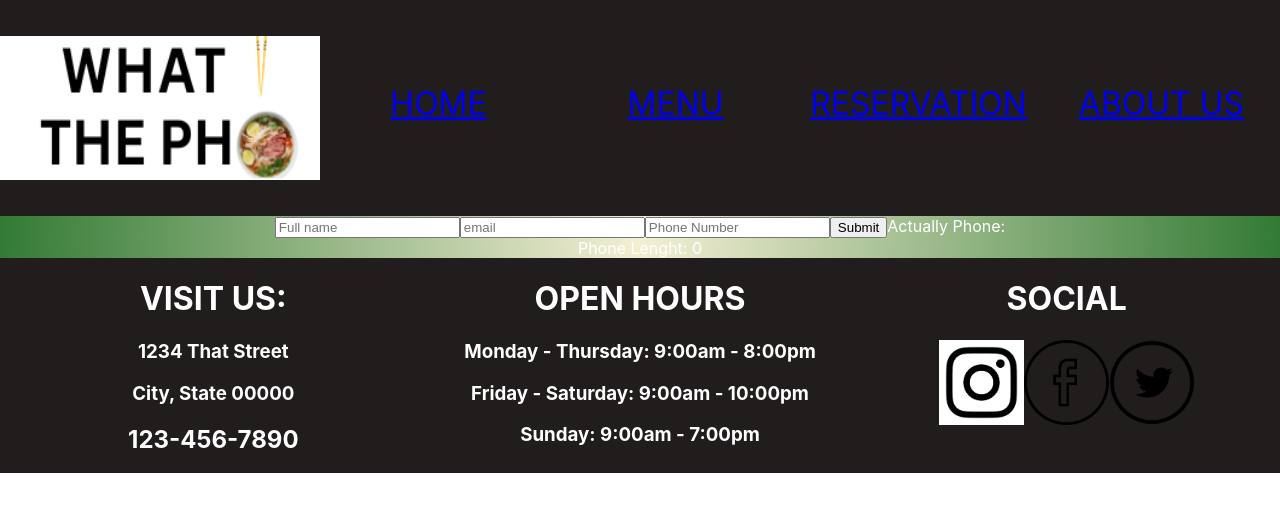
Repository: NguyenkhDang/Restaurant-Website
Page: /reservation
The author's editor kept a copy of each file at every save. The page is drawn from the files as they stood at one save, then again after the next save.
The browser window is 1280 px wide. The pictures show the whole page.
The project was rebuilt for these pictures with package versions that can differ from the ones it lists, and the page was loaded fresh each time. Also part of the build but not shown: src/CSS/Readmore.css, src/Readmore.js, src/CSS/SectionContainer.css, src/SectionContainer.js, src/CSS/Home.css, src/Pages/HomePage.js, src/Pages/MenuPage.js, src/Pages/AboutUsPage.js and 1 more.

Above is the page before, as saved 2026-01-18 01:08:32.

After the next save:
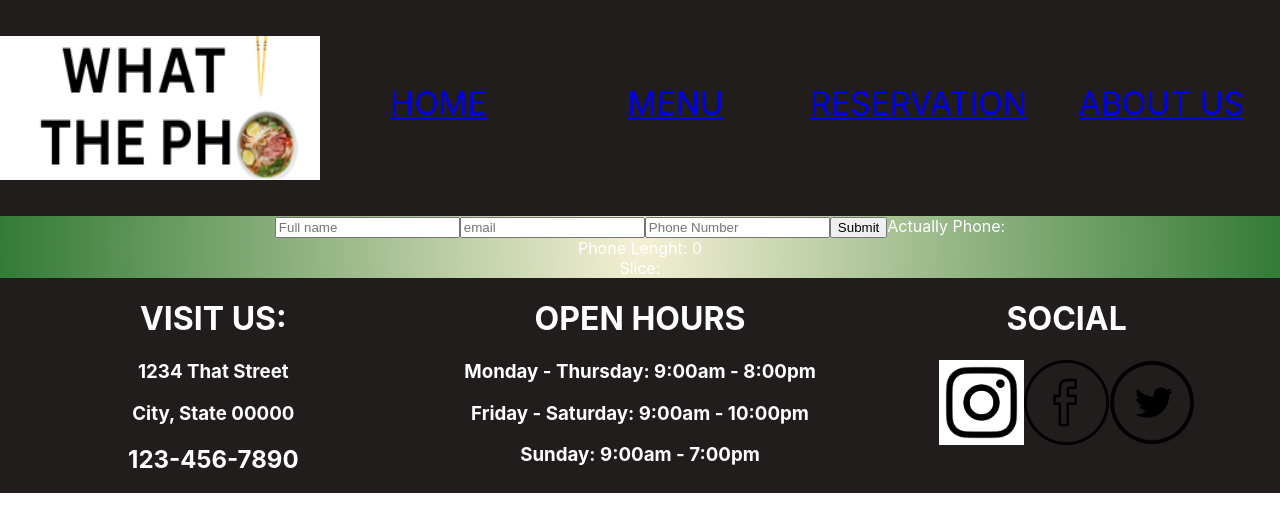
Saved 29 s later.
--- a/src/ReservationForm.js
+++ b/src/ReservationForm.js
@@ -69,7 +69,8 @@ const ReservationForm = () =>{
         placeholder="Phone Number"/>
       <button>Submit</button>
       Actually Phone:{phoneNumberLength}<br></br>
-      Phone Lenght: {phoneNumberLength.length} {phoneNumberLength.slice(1)}
+      Phone Lenght: {phoneNumberLength.length} <br></br>
+      Slice:{phoneNumberLength.slice(1)}
     </form>
 
   )
